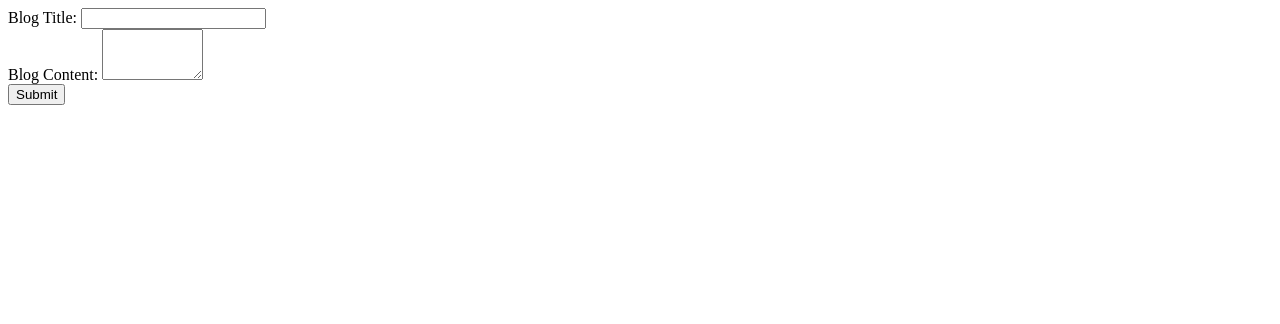
Repository: aneishkumar/AngularJS-Application
Page: Angularjs-Application-march30th/project2/WebContent/addblog.html
These files come from the project's save history. The page is drawn as it stood at one moment and after the next save; the edit follows.
The browser window is 1280 px wide. The pictures show the whole page.

Above is the page before, as saved 2018-03-30 16:39:48.

### Angularjs-Application-march30th/project2/WebContent/addblog.html
<div class="containter">
<form>
<div class="form-group">
<label>Blog Title:</label>
<input type="text" ng-model="blog.blogtitle">
</div>
<div class="form-group">
<label>Blog Content: </label>
<textarea  ng-model="blog.blogcontent" rows="3" cols="10"  class="form-control"></textarea>
</div>
<input type="submit" ng-click="addblog(blog)">

</form>


</div>

After the next save:
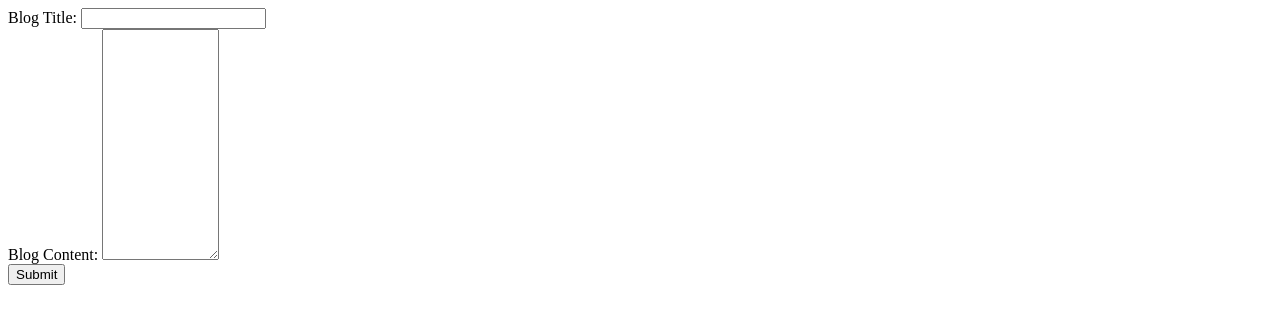
Saved 85 s later.
--- a/Angularjs-Application-march30th/project2/WebContent/addblog.html
+++ b/Angularjs-Application-march30th/project2/WebContent/addblog.html
@@ -6,7 +6,7 @@
 </div>
 <div class="form-group">
 <label>Blog Content: </label>
-<textarea  ng-model="blog.blogcontent" rows="3" cols="10"  class="form-control"></textarea>
+<textarea  ng-model="blog.blogcontent" rows="15" cols="12"  class="form-control"></textarea>
 </div>
 <input type="submit" ng-click="addblog(blog)">
 
